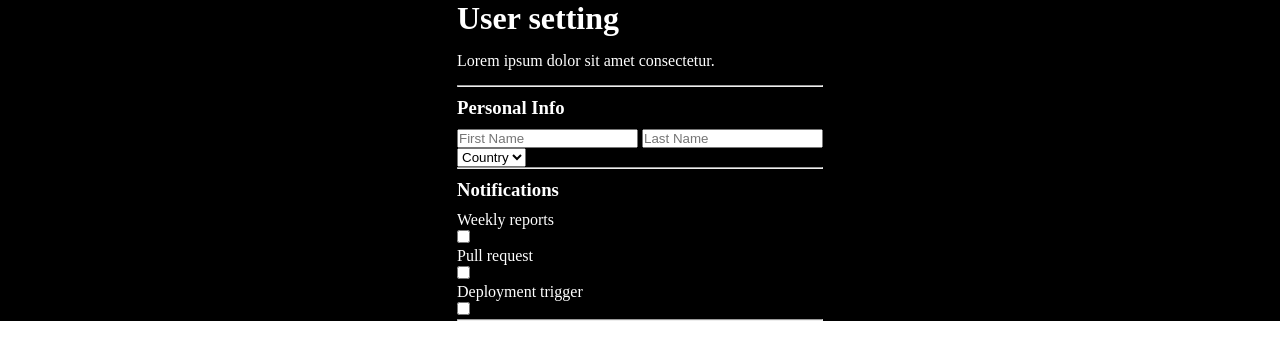
Repository: imokha01/DOM
Page: index.html
These files come from the project's save history. The page is drawn as it stood at one moment and after the next save; the edit follows.
The browser window is 1280 px wide. The pictures show the whole page.

Above is the page before, as saved 2023-12-19 17:20:41.

### index.html
<!DOCTYPE html>
<html lang="en">
  <head>
    <meta charset="UTF-8" />
    <meta name="viewport" content="width=device-width, initial-scale=1.0" />
    <title>Document</title>
    <link rel="stylesheet" href="./index.css" />
  </head>
<body>
  <div class="form_container">
    <form action="#">
      <div>
          <h1>User setting</h1>
          <p id="userPara">Lorem ipsum dolor sit amet consectetur.</p>
      </div>
      <hr>
      <div>
        <h3>Personal Info</h3>
        <input type="text" class="firstName" placeholder="First Name">
        <input type="text" class="lastName" placeholder="Last Name"> <br>
        <select>
            <option value="country" disabled hidden selected>Country</option>
            <option value="Nigeria">Nigeria</option>
            <option value="ghana">Ghana</option>
            <option value="algeria">Algeria</option>
        </select>
        <hr>
        <div>
          <h3>Notifications</h3>
          <div class="weeklyReport">
            <p class="week-para">Weekly reports</p>
            <!-- Rounded switch -->
            <label class="switch">
                 <input type="checkbox">
                <span class="slider round"></span>
            </label>
          </div>
          <div class="pullRequest">
            <p class="pull-para">Pull request</p>
            <!-- Rounded switch -->
            <label class="switch">
                 <input type="checkbox">
                <span class="slider round"></span>
            </label>
          </div>
          <div class="deployment">
            <p class="depoly-para">Deployment trigger</p>
            <!-- Rounded switch -->
          <label class="switch">
                 <input type="checkbox">
                <span class="slider round"></span>
            </label>
          </div>
          <hr>



        </div>
      </div>
    </form>


  </div>
    <script src="./index.js"></script>
  </body>
</html>

### index.css
* {
    margin: 0;
    padding: 0;
    box-sizing: border-box;
}

.form_container {
    display: flex;
    justify-content: center;
    align-items: center;
    gap: 2px;
    background-color: black;
    color: while;
}

form {
    color: white;
}

#userPara {
    padding: 15px 0;
}

h3 {
    margin: 10px 0;
}

.firstName{
    width:
}







/* * The switch - the box around the slider */
/* .switch {
  position: relative;
  display: inline-block;
  width: 60px;
  height: 34px;
} */

/* Hide default HTML checkbox */
/* .switch input {
  opacity: 0;
  width: 0;
  height: 0;
} */

/* The slider */
/* .slider {
  position: absolute;
  cursor: pointer;
  top: 0;
  left: 0;
  right: 0;
  bottom: 0;
  background-color: #ccc;
  -webkit-transition: .4s;
  transition: .4s;
} */

.slider:before {
  position: absolute;
  content: "";
  height: 26px;
  width: 26px;
  left: 4px;
  bottom: 4px;
  -webkit-transition: .4s;
  transition: .4s;
}

input:checked + .slider {
  background-color: #2196F3;
}

input:focus + .slider {
  box-shadow: 0 0 1px #2196F3;
}

input:checked + .slider:before {
  -webkit-transform: translateX(26px);
  -ms-transform: translateX(26px);
  transform: translateX(26px);
}

/* Rounded sliders */
.slider.round {
  border-radius: 34px;
}

.slider.round:before {
  border-radius: 50%;
} */

### index.js
// const button = document.getElementsByTagName("button")[0]
// console.log(button)

// button.style.backgroundColor = "skyblue"
// button.style.padding = "20px";
// button.style.border = "none";
// button.style.borderRadius = "10px";
// button.style.fontSize  = "1.5em";
// button.style.color = "red";

// const body = document.querySelector("body")
// body.style.backgroundColor = "lightgreen";

const newDiv = document.createElement("div");
const newContent = document.createTextNode("hey, What is up");
newDiv.appendChild(newContent);
console.log(newDiv)

const button = document.createElement("button")

After the next save:
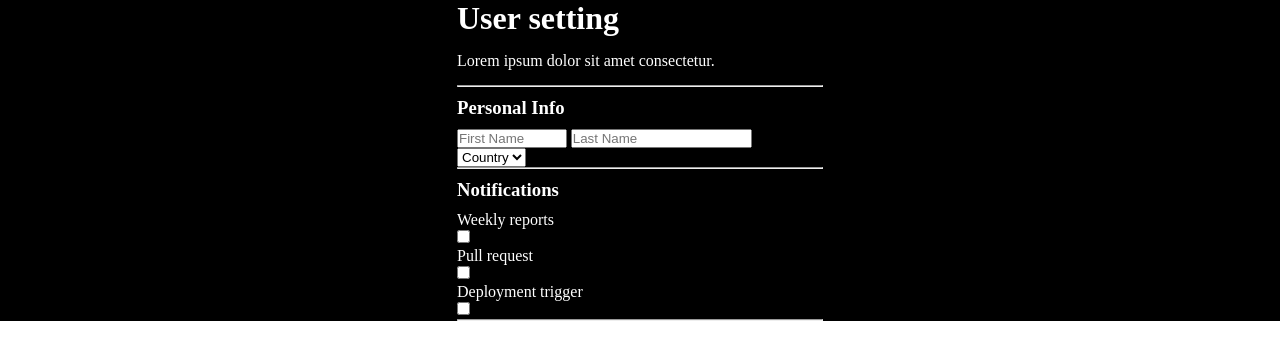
Saved 15 s later.
--- a/index.css
+++ b/index.css
@@ -26,7 +26,7 @@ h3 {
 }
 
 .firstName{
-    width:
+    width: 30%;
 }
 
 
